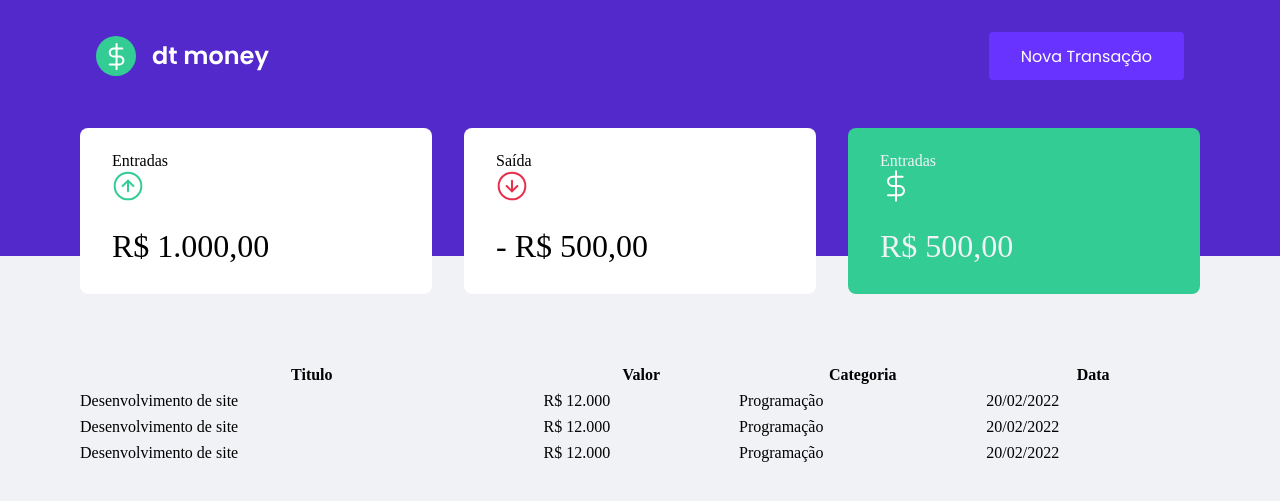
Repository: viniciusfg05/vlmoney
Page: /
An editor plug-in stored every save of this project. The page is shown before and after the next save, followed by the edit.
The browser window is 1280 px wide. The pictures show the whole page.
The project was rebuilt for these pictures with package versions that can differ from the ones it lists, and the page was loaded fresh each time.

Above is the page before, as saved 2022-02-21 15:13:28.

After the next save:
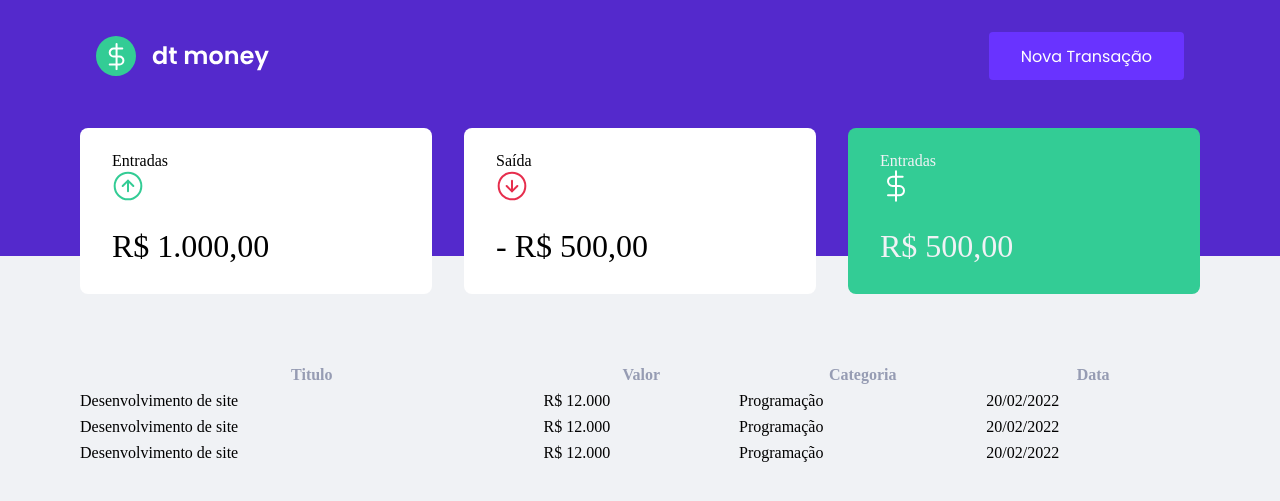
Saved 9 s later.
--- a/src/components/transaction/styles.ts
+++ b/src/components/transaction/styles.ts
@@ -8,7 +8,7 @@ export const Container = styled.div`
     border-spacing: 0 0.5rem;//para da espaçamento nas bordas da tabela
 
     th {
-      color: var(text-body);
+      color: var(--text-body);
     }
   }
 `
